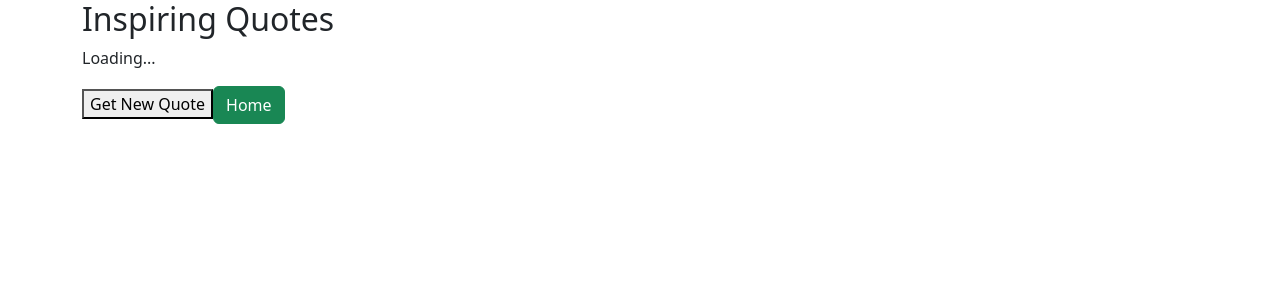
Repository: collegedude9300/zenstationnext
Page: /Quotes
These files come from the project's save history. The page is drawn as it stood at one moment and after a run of saves; the edit follows.
The browser window is 1280 px wide. The pictures show the whole page.
The page's requests for data from a server got no answer. The project was rebuilt for these pictures with package versions that can differ from the ones it lists, and the page was loaded fresh each time. The framework's server and built-in components were replaced by stand-ins that run in the browser. No one was signed in, and anything a server would have sent is missing. Also part of the build but not shown: next.config.js.

Above is the page before, as saved 2024-04-15 13:29:51.

After the next 3 saves:
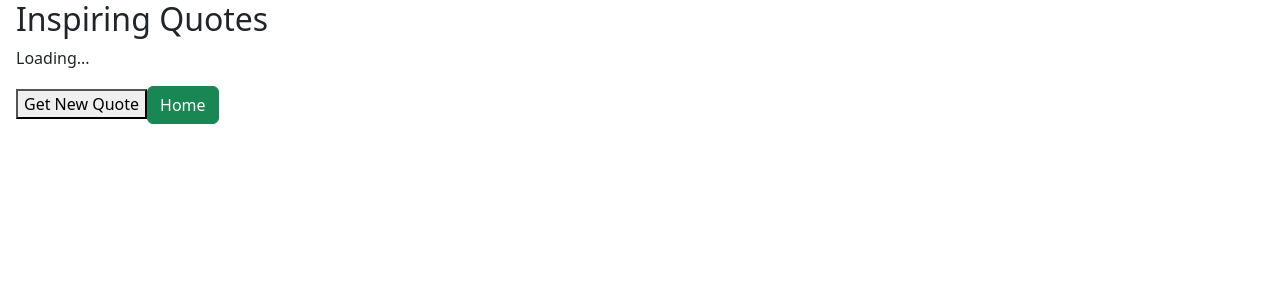
The 3 saves are shown as one change because 2 did not build or start.
The last was saved 6 min 57 s later.
--- a/pages/Quotes.js
+++ b/pages/Quotes.js
@@ -1,4 +1,5 @@
 import { useState, useEffect } from 'react';
+import styles from '../styles/Home.module.css'
 import 'bootstrap/dist/css/bootstrap.css'
 import Link from 'next/link';
 export default function Quotes() {
@@ -49,7 +50,7 @@ export default function Quotes() {
   }
 
   return (
-    <div className="container">
+    <div className={styles.container} id="quote-box">
       <h2>Inspiring Quotes</h2>
       <blockquote>{quote ? `"${quote.text}" - ${quote.author}` : "Loading..."}</blockquote>
       <p>
